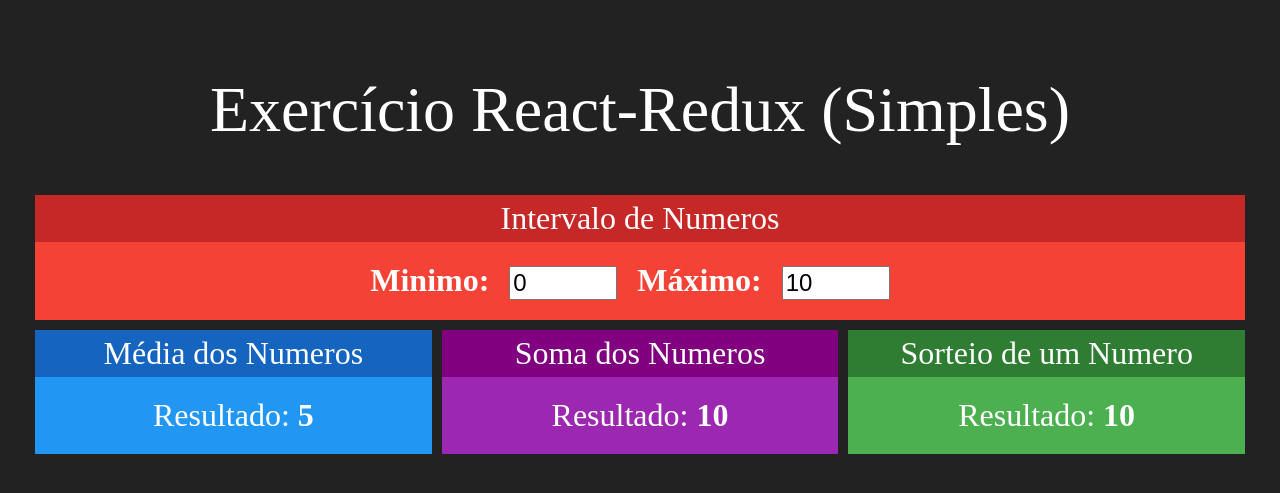
Repository: eversonps/redux-simples
Page: /
An editor plug-in stored every save of this project. The page is shown before and after the next save, followed by the edit.
The browser window is 1280 px wide. The pictures show the whole page.
The project was rebuilt for these pictures with package versions that can differ from the ones it lists, and the page was loaded fresh each time.

Above is the page before, as saved 2022-03-11 14:13:49.

After the next save:
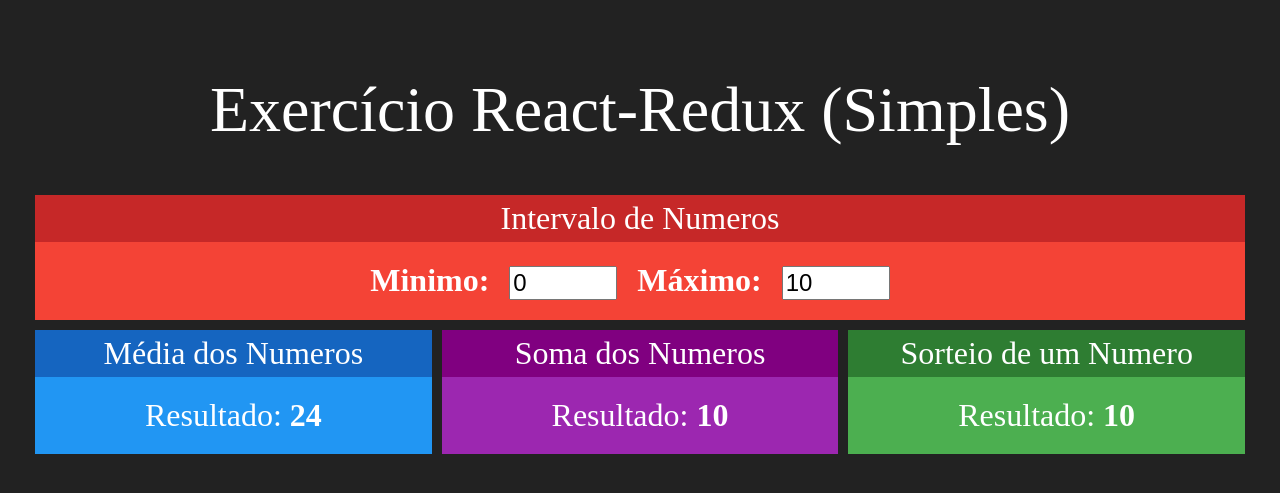
Saved 11 s later.
--- a/src/components/Media.jsx
+++ b/src/components/Media.jsx
@@ -10,7 +10,7 @@ const Media = props => {
             <div>
                 <span>
                     <span>Resultado: </span>
-                    <strong>{5}</strong>
+                    <strong>{(min + max) / 2}</strong>
                 </span>
             </div>
         </Card>
